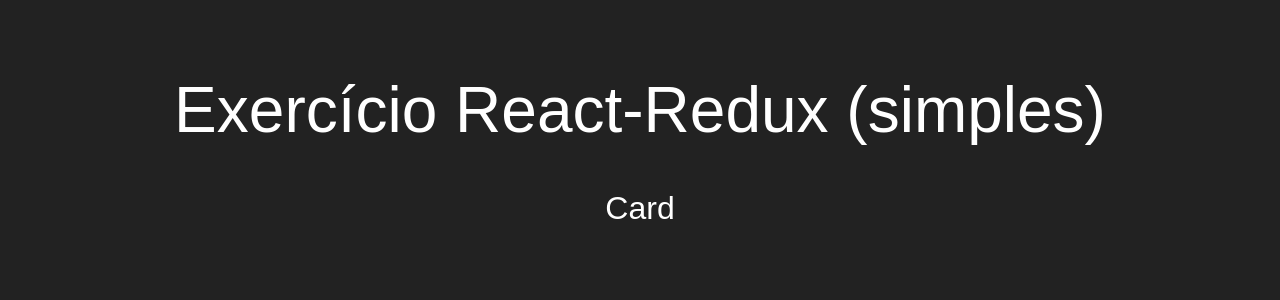
Repository: Henrique-Franca/Clear-Redux-Simples
Page: /
The author's editor kept a copy of each file at every save. The page is drawn from the files as they stood at one save, then again after the next save.
The browser window is 1280 px wide. The pictures show the whole page.
The project was rebuilt for these pictures with package versions that can differ from the ones it lists, and the page was loaded fresh each time. Also part of the build but not shown: src/components/Card.css.

Above is the page before, as saved 2022-11-21 11:35:42.

### src/index.css
body{
  background-color: #222;
  font-size: 2rem;
  font-family: Arial, Helvetica, sans-serif;
  color: #fff;
  margin: 30px;
}

### src/App.js
import logo from './logo.svg';
import './App.css';
import Card from './components/Card';

function App() {
  return (
    <div className="App">
      <h1>Exercício React-Redux (simples)</h1>

      <div>
        <Card></Card>
      </div>

    </div>
  );
}

export default App;

### src/App.css
.App{
  display: flex;
  flex-direction: column;
  text-align: center;
}

h1{
  font-weight: 200;
}

.linha{
  display: flex;
}

### src/components/Card.jsx
import './Card.css'
import React from 'react'

export default props=>{

    return (
        <div>Card</div>
    )

}

Loaded but not shown: public/index.html (common file); src/index.js (common file); src/reportWebVitals.js (common file)

After the next save:
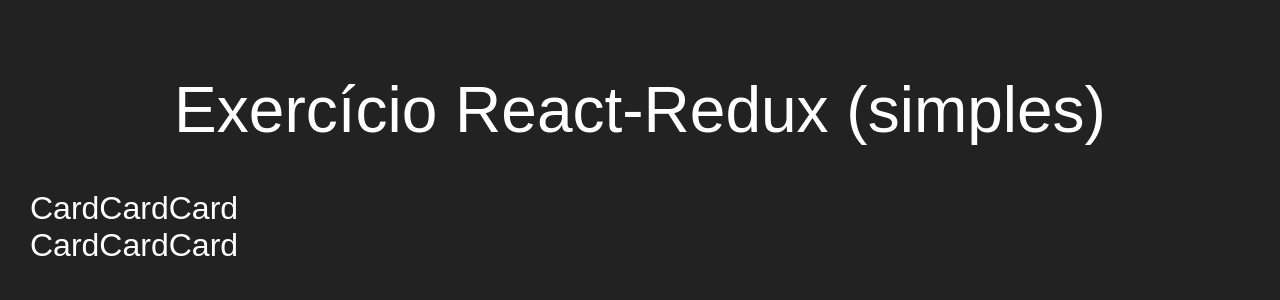
Saved 27 s later.
--- a/src/App.js
+++ b/src/App.js
@@ -7,7 +7,14 @@ function App() {
     <div className="App">
       <h1>Exercício React-Redux (simples)</h1>
 
-      <div>
+      <div className='linha'>
+        <Card></Card>
+        <Card></Card>
+        <Card></Card>
+      </div>
+      <div className='linha'>
+        <Card></Card>
+        <Card></Card>
         <Card></Card>
       </div>
 
